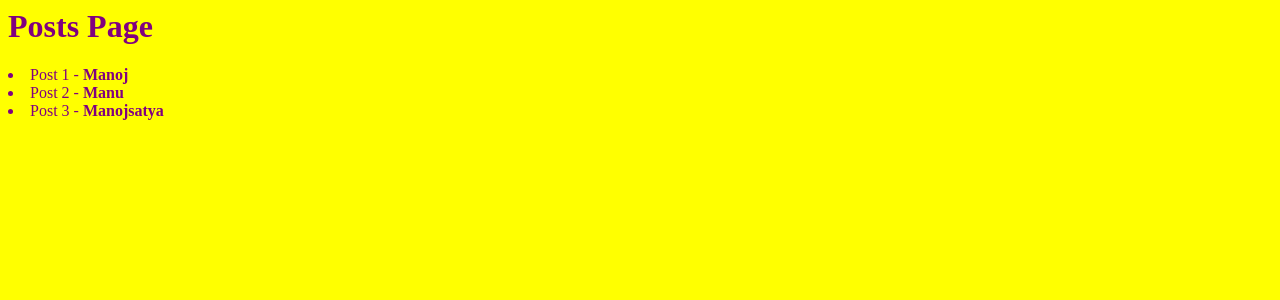
Repository: manojsatya/Web_development
Page: http://localhost/posts
These files come from the project's save history. The page is drawn as it stood at one moment and after the next save; the edit follows.
The browser window is 1280 px wide. The pictures show the whole page.
The page is served by the project's Node server (app.js).

Above is the page before, as saved 2019-06-12 17:13:53.

After the next save:
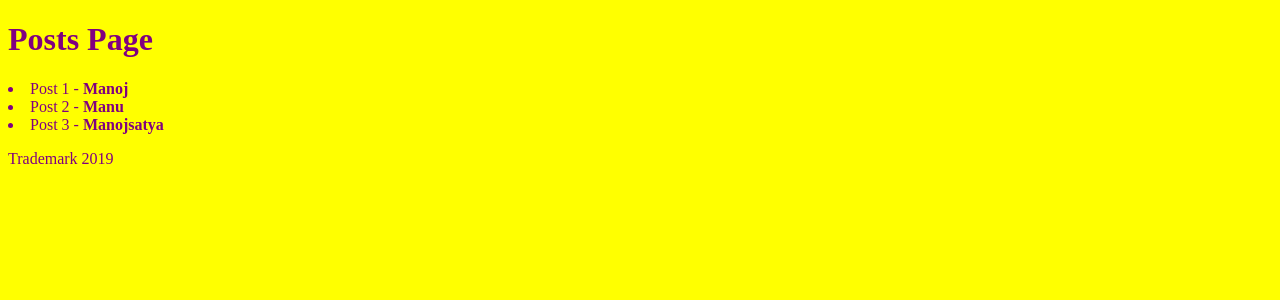
Saved 2 min 12 s later.
--- a/bootcamp/EJSDemo/views/posts.ejs
+++ b/bootcamp/EJSDemo/views/posts.ejs
@@ -1,3 +1,5 @@
+<% include partials/header%>
+
 <link rel="stylesheet" href="app.css">
 
 <h1>Posts Page</h1>
@@ -5,3 +7,5 @@
 <% for(var i = 0; i < posts.length; i++){ %>
     <li><%= posts[i].title%> - <strong><%= posts[i].author %></strong></li>
 <% } %>
+
+<% include partials/footer%>
